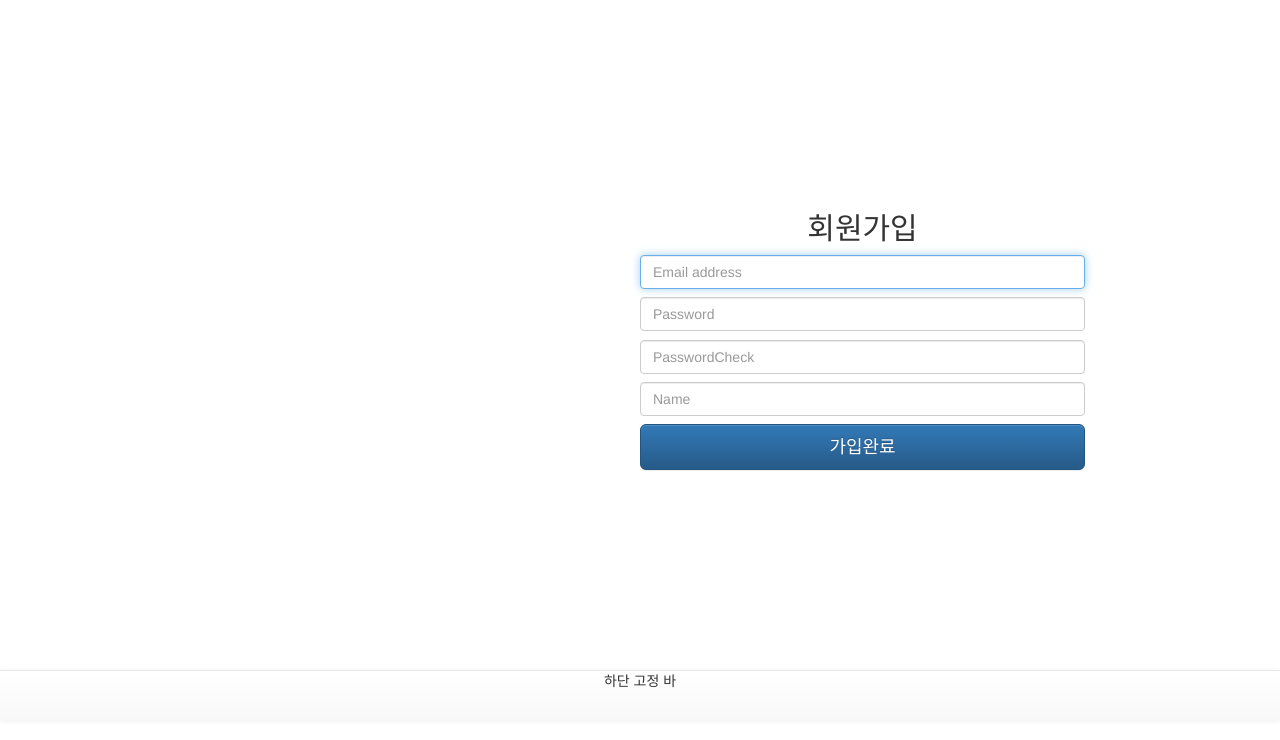
Repository: hrhwbp/Acorn-Final-Project
Page: http://localhost/final_project/index.jsp
The author's editor kept a copy of each file at every save. The page is drawn from the files as they stood at one save, then again after the next save.
The browser window is 1280 px wide. The pictures show the whole page.
Some web libraries are served in a nearby version. The page is served by Tomcat 9. Nobody is signed in. The application's start-up code is not run. Other server files are loaded and not shown.

Above is the page before, as saved 2016-10-26 05:57:07.

### final_project/src/main/webapp/index.jsp
<%@ page language="java" contentType="text/html; charset=UTF-8"
	pageEncoding="UTF-8"%>
<!DOCTYPE html">
<html>
<head>
<meta http-equiv="Content-Type" content="text/html; charset=UTF-8">
<title>REMIND</title>
<!-- 합쳐지고 최소화된 최신 CSS -->
<link rel="stylesheet"
	href="https://maxcdn.bootstrapcdn.com/bootstrap/3.3.2/css/bootstrap.min.css">
<!-- 부가적인 테마 -->
<link rel="stylesheet"
	href="https://maxcdn.bootstrapcdn.com/bootstrap/3.3.2/css/bootstrap-theme.min.css">
<style type="text/css">
.top_pd{
	padding-top: 2%;
}
.bottom_pd{
	padding-bottom: 2%;
}
.main_pd{
	padding-top: 15%;
	padding-bottom: 20%;
}
</style>
<!-- 합쳐지고 최소화된 최신 자바스크립트 -->
<script
	src="https://ajax.googleapis.com/ajax/libs/jquery/3.1.1/jquery.min.js"></script>
<script
	src="https://maxcdn.bootstrapcdn.com/bootstrap/3.3.2/js/bootstrap.min.js"></script>
</head>
<body class="center-block()">
	<div class="container main_pd">
		<div class="container col-md-5 col-md-offset-1"></div>
		<div class="container col-md-5">
		<div class="row col-md-12 hide">
			<form class="form-signin">
				<h2 class="form-signin-heading text-center">로그인</h2>
				<div class="row">
				<label for="inputEmail" class="sr-only">Email address</label>
					<input
					type="email" id="inputEmail" class="form-control"
					placeholder="Email address" required autofocus>
				</div>
				<div class="row top_pd bottom_pd">
					<label
					for="inputPassword" class="sr-only">Password</label>
					<input
					type="password" id="inputPassword" class="form-control"
					placeholder="Password" required>
				</div>

				<button class="btn btn-lg btn-primary btn-block" type="submit">로그인</button>
			</form>
			<button class="btn btn-lg btn-primary btn-block" type="button">회원가입</button>
		</div>
		<div class="row col-md-12">
			<form class="form-signin">
				<h2 class="form-signin-heading text-center">회원가입</h2>
				<div class="row">
				<label for="inputEmail" class="sr-only">Email address</label>
					<input
					type="email" id="inputEmail" class="form-control"
					placeholder="Email address" required autofocus>
				</div>
				<div class="row top_pd">
					<label
					for="inputPassword" class="sr-only">Password</label>
					<input
					type="password" id="inputPassword" class="form-control"
					placeholder="Password" required>
				</div>
				<div class="row top_pd">
					<label
					for="passwordCheck" class="sr-only">PasswordCheck</label>
					<input
					type="password" id="passwordCheck" class="form-control"
					placeholder="PasswordCheck" required>
				</div>
				<div class="row top_pd">
				<label for="inputName" class="sr-only">Name</label>
    			<input type="text" class="form-control" id="inputName" placeholder="Name" required>
				</div>
				<div class="row top_pd">
				<button class="btn btn-lg btn-primary btn-block" type="submit">가입완료</button>
				</div>
			</form>

		</div>
		</div>
	</div>
<%@include file="bottom.jsp" %>
</body>
</html>

### final_project/src/main/webapp/bottom.jsp
<%@ page language="java" contentType="text/html; charset=UTF-8"
    pageEncoding="UTF-8"%>
<!DOCTYPE html PUBLIC "-//W3C//DTD HTML 4.01 Transitional//EN" "http://www.w3.org/TR/html4/loose.dtd">
<html>
<head>
<meta http-equiv="Content-Type" content="text/html; charset=UTF-8">
<title>Insert title here</title>
</head>
<body>
<nav class="navbar navbar-default navbar-fixed-bottom">
  <div class="container">
  	<div class="row text-center">
  	 	하단 고정 바
  	</div>
  </div>
</nav>
</body>
</html>

After the next save:
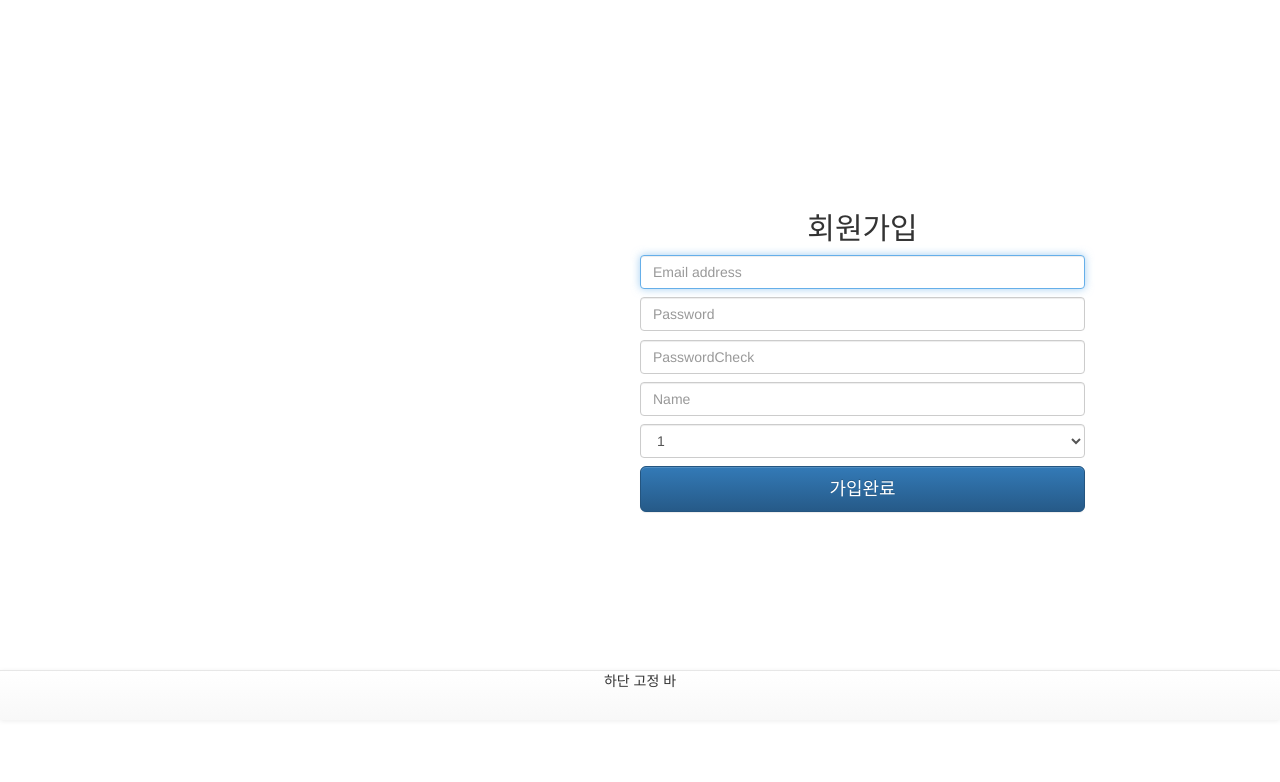
Saved 9 min 22 s later.
--- a/final_project/src/main/webapp/index.jsp
+++ b/final_project/src/main/webapp/index.jsp
@@ -12,13 +12,15 @@
 <link rel="stylesheet"
 	href="https://maxcdn.bootstrapcdn.com/bootstrap/3.3.2/css/bootstrap-theme.min.css">
 <style type="text/css">
-.top_pd{
+.top_pd {
 	padding-top: 2%;
 }
-.bottom_pd{
+
+.bottom_pd {
 	padding-bottom: 2%;
 }
-.main_pd{
+
+.main_pd {
 	padding-top: 15%;
 	padding-bottom: 20%;
 }
@@ -33,62 +35,65 @@
 	<div class="container main_pd">
 		<div class="container col-md-5 col-md-offset-1"></div>
 		<div class="container col-md-5">
-		<div class="row col-md-12 hide">
-			<form class="form-signin">
-				<h2 class="form-signin-heading text-center">로그인</h2>
-				<div class="row">
-				<label for="inputEmail" class="sr-only">Email address</label>
-					<input
-					type="email" id="inputEmail" class="form-control"
-					placeholder="Email address" required autofocus>
-				</div>
-				<div class="row top_pd bottom_pd">
-					<label
-					for="inputPassword" class="sr-only">Password</label>
-					<input
-					type="password" id="inputPassword" class="form-control"
-					placeholder="Password" required>
-				</div>
+			<div class="row col-md-12 hide">
+				<form class="form-signin">
+					<h2 class="form-signin-heading text-center">로그인</h2>
+					<div class="row">
+						<label for="inputEmail" class="sr-only">Email address</label> <input
+							type="email" id="inputEmail" class="form-control"
+							placeholder="Email address" required autofocus>
+					</div>
+					<div class="row top_pd bottom_pd">
+						<label for="inputPassword" class="sr-only">Password</label> <input
+							type="password" id="inputPassword" class="form-control"
+							placeholder="Password" required>
+					</div>
 
-				<button class="btn btn-lg btn-primary btn-block" type="submit">로그인</button>
-			</form>
-			<button class="btn btn-lg btn-primary btn-block" type="button">회원가입</button>
-		</div>
-		<div class="row col-md-12">
-			<form class="form-signin">
-				<h2 class="form-signin-heading text-center">회원가입</h2>
-				<div class="row">
-				<label for="inputEmail" class="sr-only">Email address</label>
-					<input
-					type="email" id="inputEmail" class="form-control"
-					placeholder="Email address" required autofocus>
-				</div>
-				<div class="row top_pd">
-					<label
-					for="inputPassword" class="sr-only">Password</label>
-					<input
-					type="password" id="inputPassword" class="form-control"
-					placeholder="Password" required>
-				</div>
-				<div class="row top_pd">
-					<label
-					for="passwordCheck" class="sr-only">PasswordCheck</label>
-					<input
-					type="password" id="passwordCheck" class="form-control"
-					placeholder="PasswordCheck" required>
-				</div>
-				<div class="row top_pd">
-				<label for="inputName" class="sr-only">Name</label>
-    			<input type="text" class="form-control" id="inputName" placeholder="Name" required>
-				</div>
-				<div class="row top_pd">
-				<button class="btn btn-lg btn-primary btn-block" type="submit">가입완료</button>
-				</div>
-			</form>
+					<button class="btn btn-lg btn-primary btn-block" type="submit">로그인</button>
+				</form>
+				<button class="btn btn-lg btn-primary btn-block" type="button">회원가입</button>
+			</div>
+			<div class="row col-md-12">
+				<form class="form-signin">
+					<h2 class="form-signin-heading text-center">회원가입</h2>
+					<div class="row">
+						<label for="inputEmail" class="sr-only">Email address</label> <input
+							type="email" id="inputEmail" class="form-control"
+							placeholder="Email address" required autofocus>
+					</div>
+					<div class="row top_pd">
+						<label for="inputPassword" class="sr-only">Password</label> <input
+							type="password" id="inputPassword" class="form-control"
+							placeholder="Password" required>
+					</div>
+					<div class="row top_pd">
+						<label for="passwordCheck" class="sr-only">PasswordCheck</label> <input
+							type="password" id="passwordCheck" class="form-control"
+							placeholder="PasswordCheck" required>
+					</div>
+					<div class="row top_pd">
+						<label for="inputName" class="sr-only">Name</label> <input
+							type="text" class="form-control" id="inputName"
+							placeholder="Name" required>
+					</div>
+					<div class="row top_pd">
+						<select class="form-control">
+							<option>1</option>
+							<option>2</option>
+							<option>3</option>
+							<option>4</option>
+							<option>5</option>
+						</select>
+					</div>
 
-		</div>
+					<div class="row top_pd">
+						<button class="btn btn-lg btn-primary btn-block" type="submit">가입완료</button>
+					</div>
+				</form>
+
+			</div>
 		</div>
 	</div>
-<%@include file="bottom.jsp" %>
+	<%@include file="bottom.jsp"%>
 </body>
 </html>
